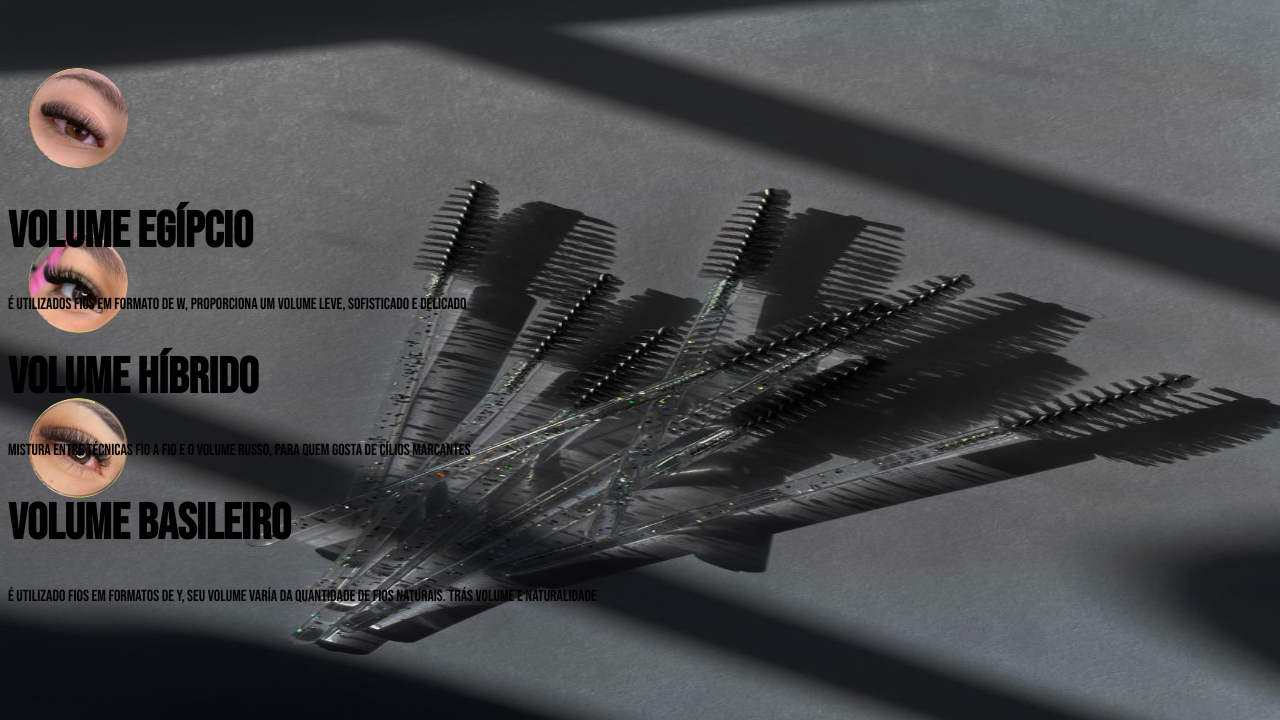
Repository: ketlyn-lash-designer/Ketlyn_Lash_Designer
Page: src/Pages/Modelos.html
An editor plug-in stored every save of this project. The page is shown before and after the next save, followed by the edit.
The browser window is 1280 px wide. The pictures show the whole page.

Above is the page before, as saved 2024-03-29 21:48:03.

After the next save:
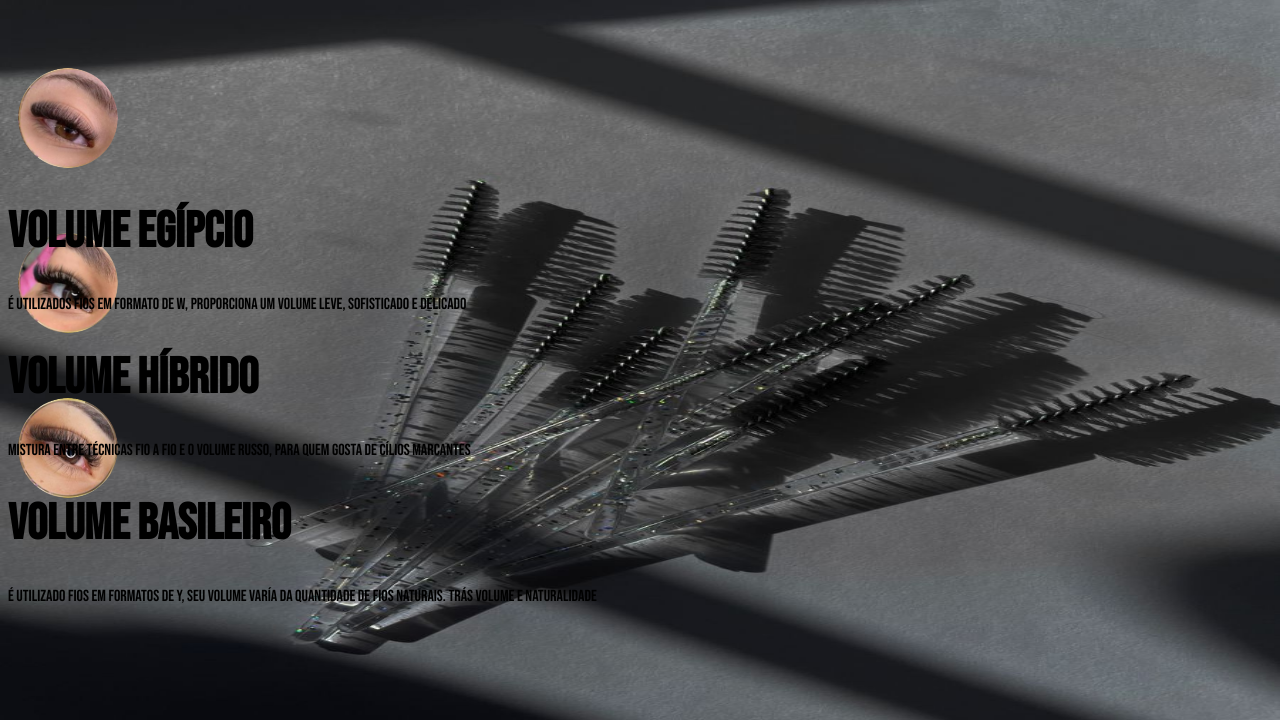
Saved 4 s later.
--- a/src/Styles/Modelos.css
+++ b/src/Styles/Modelos.css
@@ -18,7 +18,7 @@
 img {
   width: 100px;
   height: 100px;
-	padding: 30px 10px;
+	padding: 30px 5px;
   border-radius: 50%;
 }
 
